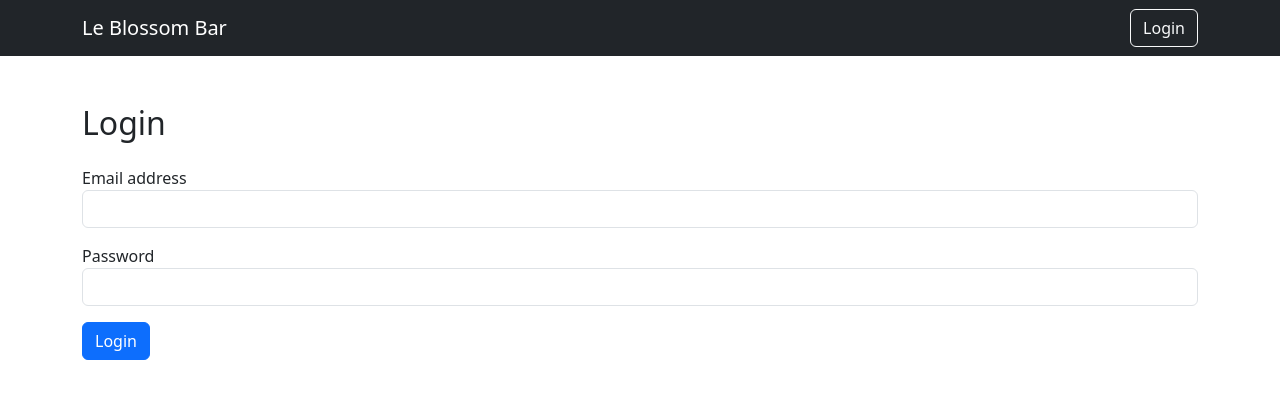
Repository: profbkmurage/soms
Page: /
The author's editor kept a copy of each file at every save. The page is drawn from the files as they stood at one save, then again after a run of saves.
The browser window is 1280 px wide. The pictures show the whole page.
The page's requests for data from a server got no answer. The project was rebuilt for these pictures with package versions that can differ from the ones it lists, and the page was loaded fresh each time. No one was signed in, and anything a server would have sent is missing. Also part of the build but not shown: vite.config.js, src/pages/signUp.jsx, src/pages/settings.jsx, src/services/uploadImage.js, src/components/Product.jsx, src/components/AddStockModal.jsx, src/components/ProductCard.jsx, src/components/ProductList.jsx and 4 more.

Above is the page before, as saved 2025-07-29 19:12:21.

### index.html
<!doctype html>
<html lang="en">
  <head>
    <meta charset="UTF-8" />
    <link rel="icon" type="image/svg+xml" href="/vite.svg" />
    <meta name="viewport" content="width=device-width, initial-scale=1.0" />
    <title>Vite + React</title>
  </head>
  <body>
    <div id="root"></div>
    <script type="module" src="/src/main.jsx"></script>
    <script src="https://cdn.jsdelivr.net/npm/bootstrap@5.3.2/dist/js/bootstrap.bundle.min.js"></script>
  </body>
</html>

### src/main.jsx
import React from 'react'
import ReactDOM from 'react-dom/client'
import App from './App'
import { CartProvider } from './context/CartContext'
import { AuthProvider } from './context/AuthContext' //Import the context
import 'bootstrap/dist/css/bootstrap.min.css'

ReactDOM.createRoot(document.getElementById('root')).render(
  <React.StrictMode>
    <AuthProvider>
      {' '}
      {/*Wrap with AuthProvider */}
      <CartProvider>
        <App />
      </CartProvider>
    </AuthProvider>
  </React.StrictMode>
)

### src/App.jsx
import React, { useEffect, useState } from 'react'
import { BrowserRouter as Router, Routes, Route } from 'react-router-dom'
import { collection, getDocs } from 'firebase/firestore'
import { db } from './firebase/config'

import Login from './pages/Login'
import SignUp from './pages/SignUp'
import Settings from './pages/settings'

import { useAuth } from './context/AuthContext'
import Navbar from './components/Navbar'
import Product from './components/Product'
import ProductList from './components/ProductList'
import Cart from './components/Cart'
import RefundPage from './components/RefundMode'
import ProtectedRoute from './routes/ProtectedRoute'
import PrivateRouteForSuperAdmin from './components/PrivateRouteForSuperAdmin'

const App = () => {
  const [editMode, setEditMode] = useState(false)
  const [addStockMode, setAddStockMode] = useState(false)
  const [superAdmins, setSuperAdmins] = useState([])

  const { currentUser } = useAuth()

  useEffect(() => {
    const fetchSuperAdmins = async () => {
      try {
        const snapshot = await getDocs(collection(db, 'users'))
        const admins = snapshot.docs
          .map(doc => doc.data())
          .filter(user => user.role === 'superadmin')
          .map(user => user.email)
        setSuperAdmins(admins)
      } catch (err) {
        console.error('Error fetching superadmins:', err)
      }
    }

    fetchSuperAdmins()
  }, [])

  const isSuperadmin = currentUser && superAdmins.includes(currentUser.email)

  return (
    <Router>
      <Navbar
        editMode={editMode}
        addStockMode={addStockMode}
        onToggleEdit={() => setEditMode(prev => !prev)}
        onToggleAddStock={() => setAddStockMode(prev => !prev)}
        isSuperadmin={isSuperadmin}
      />

      <Routes>
        <Route
          path='/'
          element={
            <ProtectedRoute>
              <ProductList
                editMode={editMode}
                addStockMode={addStockMode}
                setEditMode={setEditMode}
                setAddStockMode={setAddStockMode}
              />
            </ProtectedRoute>
          }
        />
        <Route
          path='/signup'
          element={
            <PrivateRouteForSuperAdmin>
              <SignUp />
            </PrivateRouteForSuperAdmin>
          }
        />
        console.log('Is superadmin?', isSuperadmin)
        <Route
          path='/settings'
          element={
            <PrivateRouteForSuperAdmin>
              <Settings />
            </PrivateRouteForSuperAdmin>
          }
        />
        <Route
          path='/New-Product'
          element={
            <ProtectedRoute>
              <Product />
            </ProtectedRoute>
          }
        />
        <Route
          path='/cart'
          element={
            <ProtectedRoute>
              <Cart />
            </ProtectedRoute>
          }
        />
        <Route
          path='/refund'
          element={
            <ProtectedRoute>
              <RefundPage />
            </ProtectedRoute>
          }
        />
        <Route path='/login' element={<Login />} />
      </Routes>
    </Router>
  )
}

export default App

### src/context/CartContext.jsx
import React, { createContext, useContext, useState, useEffect } from 'react'
import { onAuthStateChanged } from 'firebase/auth'
import { auth } from '../firebase/config'

const CartContext = createContext()

// eslint-disable-next-line react-refresh/only-export-components
export const useCart = () => useContext(CartContext)

export const CartProvider = ({ children }) => {
  const [cartItems, setCartItems] = useState([])

  const addToCart = (product, qty) => {
    const existing = cartItems.find(
      item => item.productId === product.productId
    )

    if (existing) {
      setCartItems(prev =>
        prev.map(item =>
          item.productId === product.productId
            ? { ...item, qty: item.qty + qty }
            : item
        )
      )
    } else {
      setCartItems(prev => [...prev, { ...product, qty }])
    }
  }

  const removeFromCart = productId => {
    setCartItems(prev => prev.filter(item => item.productId !== productId))
  }

  const clearCart = () => setCartItems([])

  // 🔄 Automatically clear cart when user logs out
  useEffect(() => {
    const unsubscribe = onAuthStateChanged(auth, user => {
      if (!user) {
        clearCart()
      }
    })

    return () => unsubscribe()
  }, [])

  return (
    <CartContext.Provider
      value={{ cartItems, addToCart, removeFromCart, clearCart }}
    >
      {children}
    </CartContext.Provider>
  )
}

### src/context/AuthContext.jsx
import React, { createContext, useContext, useEffect, useState } from 'react'
import {
  createUserWithEmailAndPassword,
  signInWithEmailAndPassword,
  signOut,
  onAuthStateChanged
} from 'firebase/auth'
import { auth } from '../firebase/config'

const AuthContext = createContext()

// eslint-disable-next-line react-refresh/only-export-components
export const useAuth = () => useContext(AuthContext)

export const AuthProvider = ({ children }) => {
  const [currentUser, setCurrentUser] = useState(null)
  const [loading, setLoading] = useState(true)

  // Monitor user login/logout state
  useEffect(() => {
    const unsubscribe = onAuthStateChanged(auth, user => {
      setCurrentUser(user)
      setLoading(false)
    })

    return () => unsubscribe()
  }, [])

  // Signup
  const signup = (email, password) =>
    createUserWithEmailAndPassword(auth, email, password)

  // Login
  const login = (email, password) =>
    signInWithEmailAndPassword(auth, email, password)

  // Logout
  const logout = () => signOut(auth)

  const value = {
    currentUser,
    signup,
    login,
    logout
  }

  return (
    <AuthContext.Provider value={value}>
      {!loading && children}
    </AuthContext.Provider>
  )
}

### src/firebase/config.js
// firebase/config.js
import { initializeApp } from 'firebase/app'
import { getFirestore } from 'firebase/firestore'
import { getAuth } from 'firebase/auth'
import { getStorage } from 'firebase/storage'

const firebaseConfig = {
  apiKey: import.meta.env.VITE_FIREBASE_API_KEY,
  authDomain: import.meta.env.VITE_FIREBASE_AUTH_DOMAIN,
  projectId: import.meta.env.VITE_FIREBASE_PROJECT_ID,
  storageBucket: import.meta.env.VITE_FIREBASE_STORAGE_BUCKET,
  messagingSenderId: import.meta.env.VITE_FIREBASE_MESSAGING_SENDER_ID,
  appId: import.meta.env.VITE_FIREBASE_APP_ID
}

const app = initializeApp(firebaseConfig)
const db = getFirestore(app)
const auth = getAuth(app)
const storage = getStorage(app)

export { db, auth, storage }

### src/pages/Login.jsx
import React, { useState } from 'react'
import { useNavigate } from 'react-router-dom'
import { useAuth } from '../context/AuthContext'

const Login = () => {
  const { login } = useAuth()
  const navigate = useNavigate()

  const [email, setEmail] = useState('')
  const [password, setPassword] = useState('')
  const [error, setError] = useState('')

  const handleSubmit = async e => {
    e.preventDefault()
    try {
      await login(email, password)
      navigate('/') // Redirect to homepage after login
    } catch (err) {
      setError('Invalid email or password.')
      alert(err)
    }
  }

  return (
    <div className='container mt-5'>
      <h2 className='mb-4'>Login</h2>
      {error && <div className='alert alert-danger'>{error}</div>}
      <form onSubmit={handleSubmit}>
        <div className='mb-3'>
          <label>Email address</label>
          <input
            type='email'
            className='form-control'
            value={email}
            onChange={e => setEmail(e.target.value)}
            required
          />
        </div>
        <div className='mb-3'>
          <label>Password</label>
          <input
            type='password'
            className='form-control'
            value={password}
            onChange={e => setPassword(e.target.value)}
            required
          />
        </div>
        <button type='submit' className='btn btn-primary'>
          Login
        </button>
      </form>
    </div>
  )
}

export default Login

### src/components/Navbar.jsx
import React from 'react'
import { Link, useNavigate } from 'react-router-dom'
import { useAuth } from '../context/AuthContext'
import useSuperAdmin from '../services/useSuperAdmin'

const Navbar = ({ editMode, addStockMode, onToggleEdit, onToggleAddStock }) => {
  const navigate = useNavigate()
  const { currentUser, logout } = useAuth()
  const { isSuperAdmin } = useSuperAdmin()

  return (
    <nav className='navbar navbar-expand-lg navbar-dark bg-dark'>
      <div className='container'>
        <Link className='navbar-brand' to='/'>
          Le Blossom Bar
        </Link>

        <div className='d-flex gap-2'>
          {!currentUser && (
            <Link to='/login' className='btn btn-outline-light'>
              Login
            </Link>
          )}

          {currentUser && (
            <>
              {isSuperAdmin && (
                <>
                  <Link to='/settings' className='btn btn-outline-light'>
                    Settings
                  </Link>
                </>
              )}
              <Link to='/New-Product' className='btn btn-outline-primary'>
                New product
              </Link>
              <button className='btn btn-outline-info' onClick={onToggleEdit}>
                {editMode ? 'Exit Edit' : 'Edit Mode'}
              </button>
              <button
                className='btn btn-outline-primary'
                onClick={onToggleAddStock}
              >
                {addStockMode ? 'Exit Add Stock' : 'Add Stock'}
              </button>

              <Link to='/cart' className='btn btn-outline-success'>
                View Cart
              </Link>
              <button
                className='btn btn-outline-warning'
                onClick={() => navigate('/refund')}
              >
                Refund Mode
              </button>

              <button className='btn btn-outline-danger' onClick={logout}>
                Logout
              </button>
            </>
          )}
        </div>
      </div>
    </nav>
  )
}

export default Navbar

### src/routes/ProtectedRoute.jsx
import React from 'react'
import { Navigate } from 'react-router-dom'
import { useAuth } from '../context/AuthContext' // or adjust path based on where you placed it

const ProtectedRoute = ({ children }) => {
  const { currentUser } = useAuth()

  if (!currentUser) {
    // If not logged in, redirect to login page
    return <Navigate to='/login' replace />
  }

  // If logged in, allow access
  return children
}

export default ProtectedRoute

### src/services/useSuperAdmin.js
import { useEffect, useState } from 'react'
import { doc, getDoc } from 'firebase/firestore'
import { useAuth } from '../context/AuthContext'
import { db } from '../firebase/config'

const useSuperAdmin = () => {
  const { currentUser } = useAuth()
  const [isSuperAdmin, setIsSuperAdmin] = useState(false)
  const [loading, setLoading] = useState(true)

  useEffect(() => {
    const fetchUserRole = async () => {
      if (!currentUser) {
        setIsSuperAdmin(false)
        setLoading(false)
        return
      }

      const userRef = doc(db, 'users', currentUser.uid)
      const userSnap = await getDoc(userRef)

      if (userSnap.exists()) {
        setIsSuperAdmin(userSnap.data().role === 'superadmin')
      } else {
        setIsSuperAdmin(false)
      }

      setLoading(false)
    }

    fetchUserRole()
  }, [currentUser])

  return { isSuperAdmin, loading }
}

export default useSuperAdmin

After the next 2 saves:
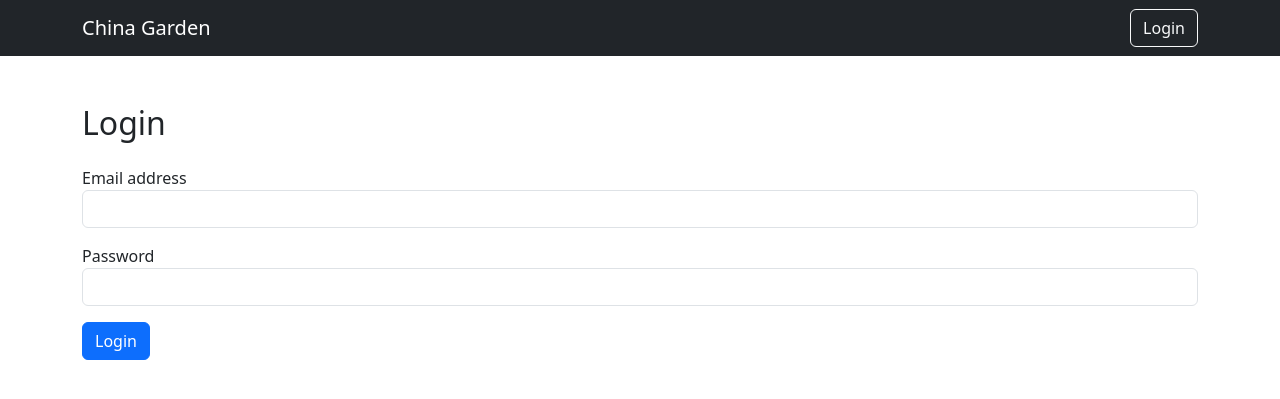
The 2 saves are shown as one change because they came seconds apart.
The last was saved 12 min 5 s later.
--- a/src/components/Navbar.jsx
+++ b/src/components/Navbar.jsx
@@ -12,7 +12,7 @@ const Navbar = ({ editMode, addStockMode, onToggleEdit, onToggleAddStock }) => {
     <nav className='navbar navbar-expand-lg navbar-dark bg-dark'>
       <div className='container'>
         <Link className='navbar-brand' to='/'>
-          Le Blossom Bar
+          China Garden
         </Link>
 
         <div className='d-flex gap-2'>
